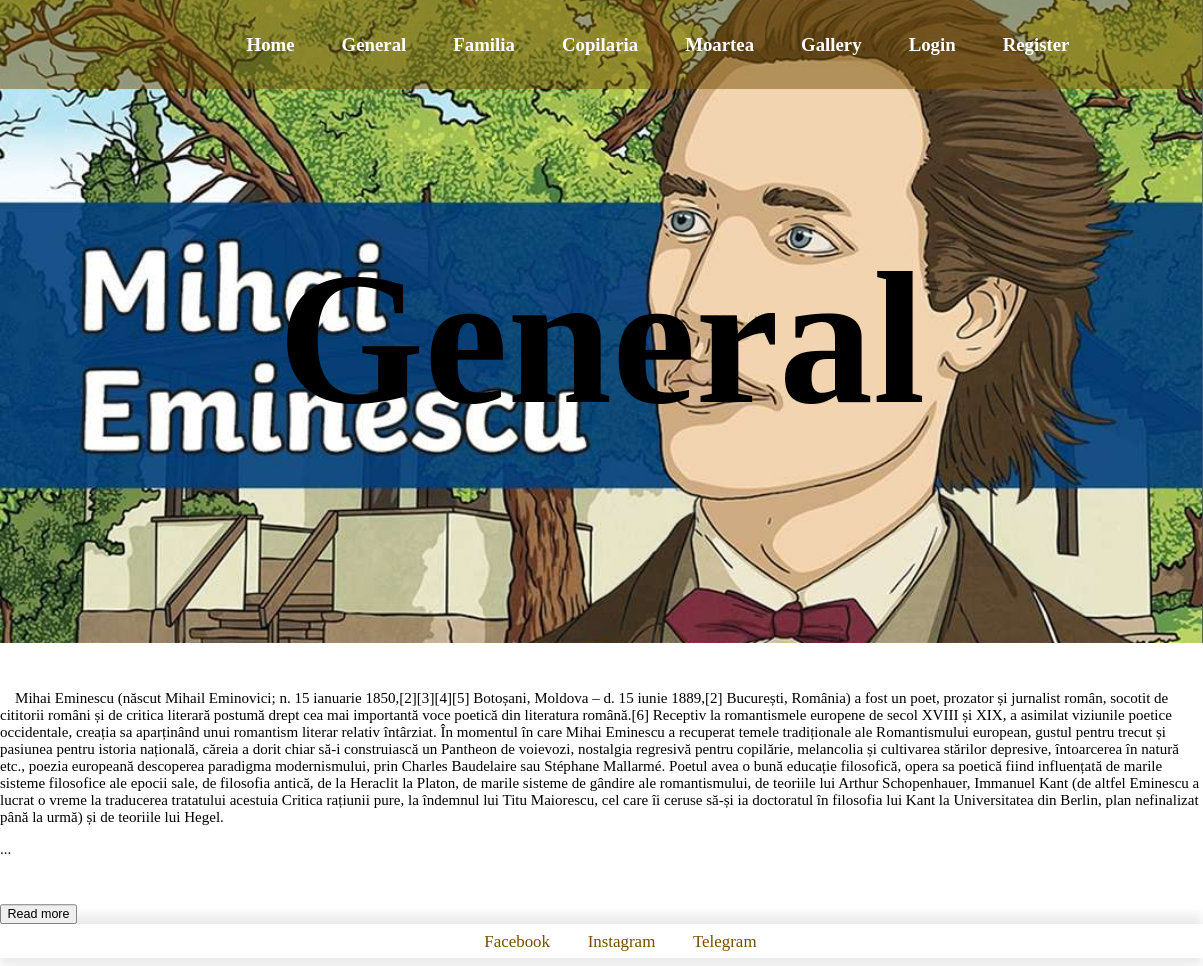
Repository: Cristal286/tw
Page: main/general.html
The author's editor kept a copy of each file at every save. The page is drawn from the files as they stood at one save, then again after the next save.
The browser window is 1280 px wide. The pictures show the whole page, at 94% of full size.

Above is the page before, as saved 2021-12-19 22:33:19.

After the next save:
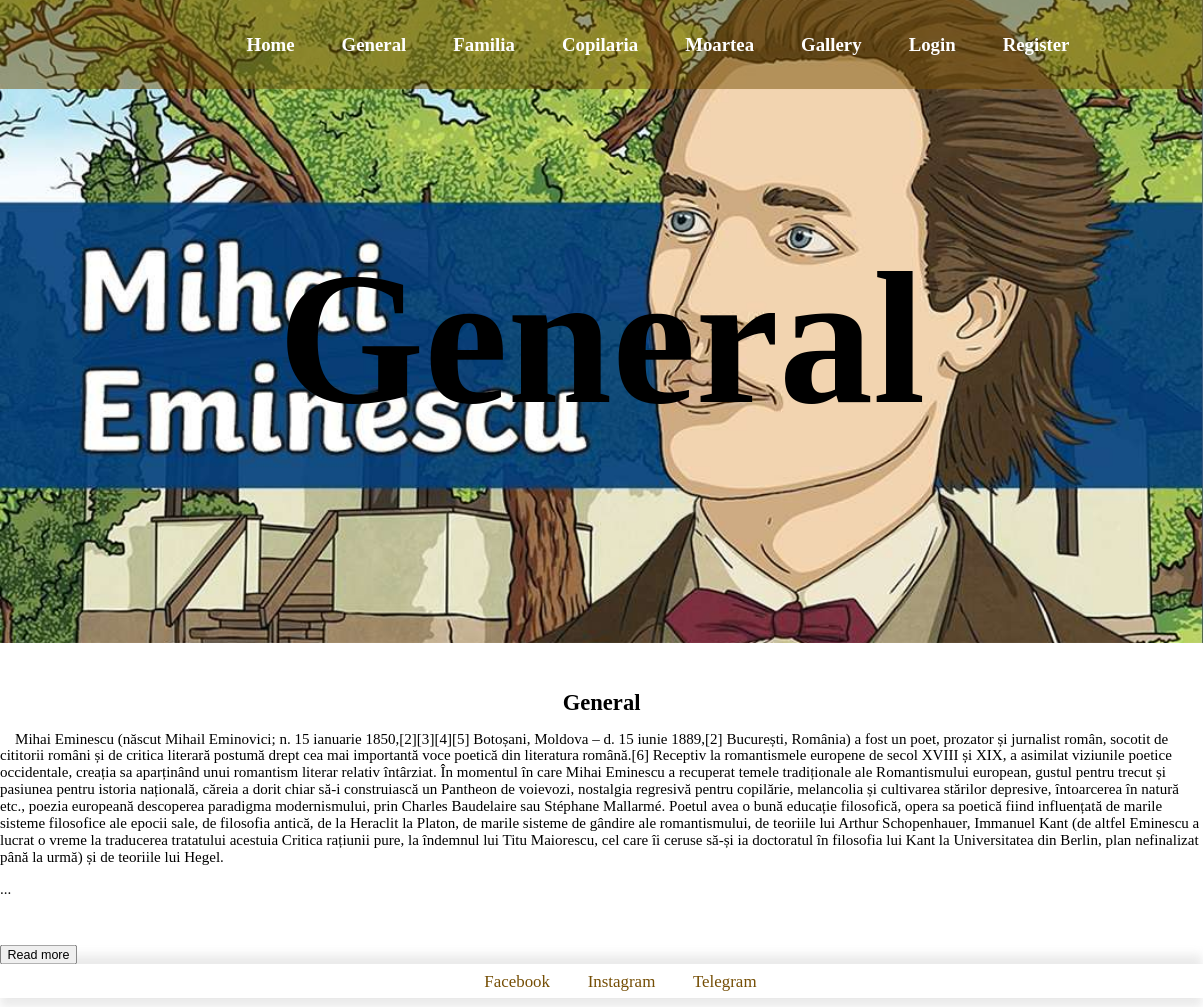
Saved 24 s later.
--- a/main/general.html
+++ b/main/general.html
@@ -48,6 +48,7 @@
     <section class="section">
         <div class="box">
             <div class="section__text">
+                <h1 align="center">General</h1>
                 <p>&nbsp;&nbsp;&nbsp;&nbsp;Mihai Eminescu (născut Mihail Eminovici; n. 15 ianuarie 1850,[2][3][4][5] Botoșani, Moldova – d. 15 iunie 1889,[2] București, România) a fost un poet, prozator și jurnalist român, socotit de cititorii români și
                     de critica literară postumă drept cea mai importantă voce poetică din literatura română.[6] Receptiv la romantismele europene de secol XVIII și XIX, a asimilat viziunile poetice occidentale, creația sa aparținând unui romantism literar
                     relativ întârziat. În momentul în care Mihai Eminescu a recuperat temele tradiționale ale Romantismului european, gustul pentru trecut și pasiunea pentru istoria națională, căreia a dorit chiar să-i construiască un Pantheon de voievozi,
